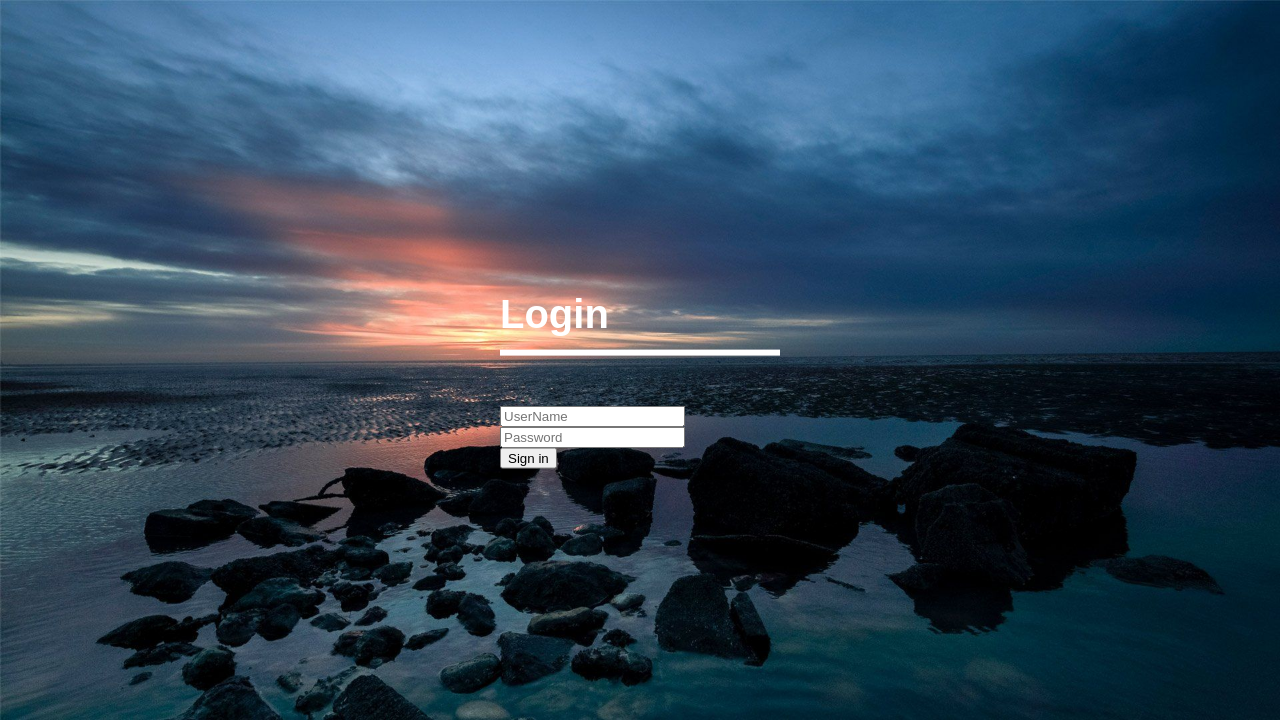
Repository: Berilinanir/Login-Logout-System
Page: Loginn/WebContent/login.html
The author's editor kept a copy of each file at every save. The page is drawn from the files as they stood at one save, then again after the next save.
The browser window is 1280 px wide. The pictures show the whole page.

Above is the page before, as saved 2018-10-13 12:53:42.

After the next save:
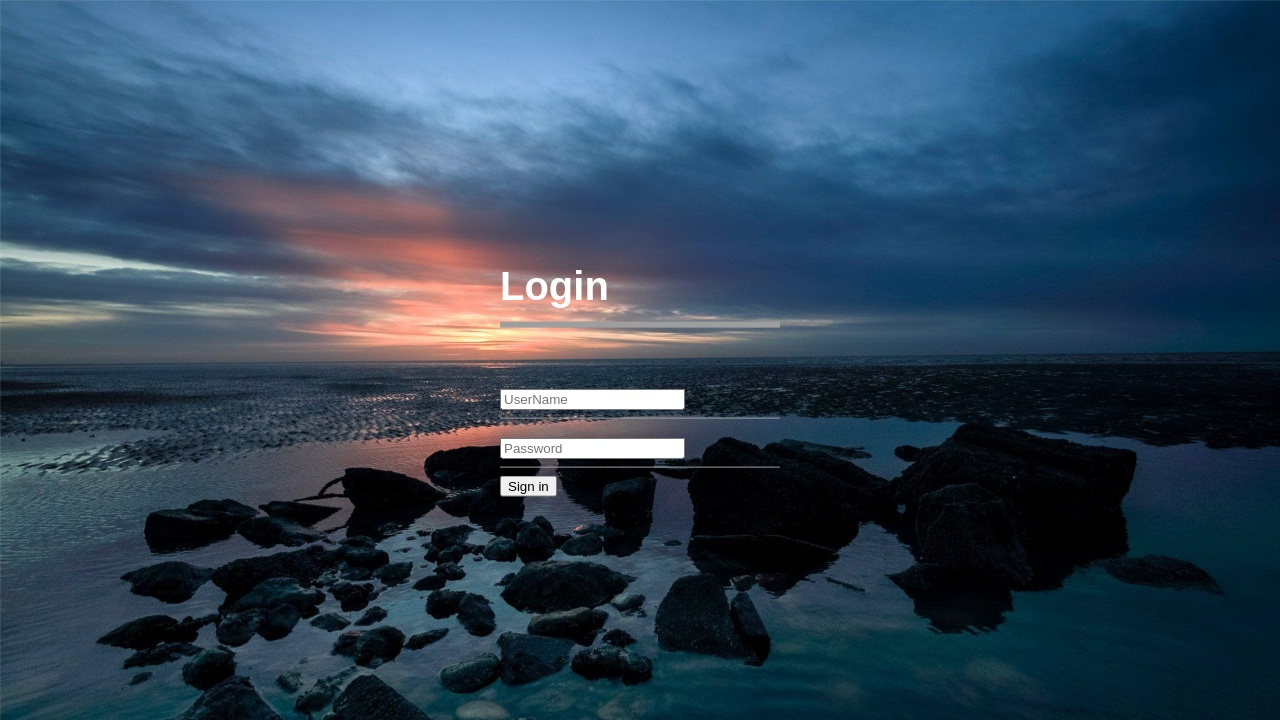
Saved 8 min 38 s later.
--- a/Loginn/WebContent/style2.css
+++ b/Loginn/WebContent/style2.css
@@ -25,10 +25,19 @@ body{
 
 	 float:inherit;
 	 font-size:40px;
-	 border-bottom:6px solid;
+	 border-bottom:6px solid #9e9e9e;
 	 margin-bottom:50px;
 	 padding:13px 0
 
+}
 
+.textbox{
+
+	width:100%;
+	overflow:hidden;
+	font-size:20px;
+	padding:8px 0;
+	margin:8px 0;
+	border-bottom:1px solid #9e9e9e;
 
 }
